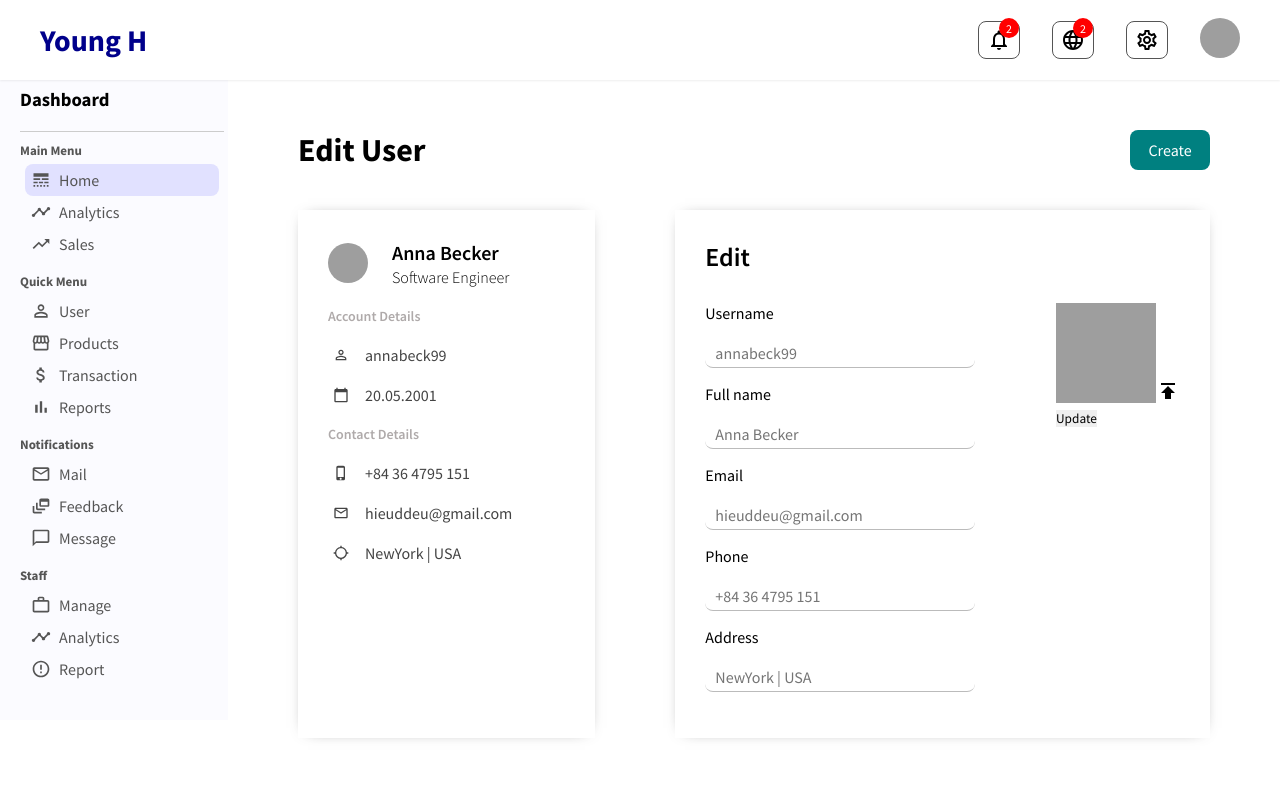
Repository: noname20011/admin
Page: /user/1
An editor plug-in stored every save of this project. The page is shown before and after the next save, followed by the edit.
The browser window is 1280 px wide. The pictures show the whole page.
Pictures or frames that could not be fetched are drawn as grey boxes. The project was rebuilt for these pictures with package versions that can differ from the ones it lists, and the page was loaded fresh each time. Also part of the build but not shown: src/pages/home/home.css, src/comopnents/featureInfo/feature.css, src/comopnents/featureInfo/Feature.jsx, src/comopnents/chart/chart.css, src/comopnents/chart/Chart.jsx, src/comopnents/widgetSm/widgetSm.css, src/comopnents/widgetSm/WidgetSm.jsx, src/comopnents/widgetLg/widgetLg.css and 5 more.

Above is the page before, as saved 2021-11-14 14:47:31.

### public/index.html
<!DOCTYPE html>
<html lang="en">
  <head>
    <meta charset="utf-8" />
    <meta name="viewport" content="width=device-width, initial-scale=1" />
    <meta name="theme-color" content="#000000" />
    <meta
      name="description"
      content="Web site created using create-react-app"
    />
    <!-- GOOGLE FONTS -->
    <link href="https://fonts.googleapis.com/css2?family=Source+Sans+Pro:wght@200;300;400;600;700;900&display=swap" rel="stylesheet">
    <style>
      * {
        font-family: 'Source Sans Pro', sans-serif;
        padding: 0;
        margin: 0;
      }
    </style>
    <title>React Admin App</title>
  </head>
  <body>
    <div id="root"></div>
  </body>
</html>

### src/App.js
import Topbar from "./comopnents/topbar/Topbar";
import Sidebar from "./comopnents/sidebar/Sidebar";
import Home from "./pages/home/Home.jsx"
import UserList from "./pages/userList/UserList";
import User from "./pages/user/User";
import './app.css'

import {BrowserRouter as Router, Routes , Route} from "react-router-dom"
function App() {
  return (
    <div>
      <Router>
        <Topbar/>
        <div className="container">
          <Sidebar/>
          <Routes >
            <Route path="/" exact element={<Home/>}/>
            <Route path="/users" exact element={<UserList/>}/>
            <Route path="/user/:userId" exact element={<User/>}/>
          </Routes>
        </div>
      </Router>
    </div>
  );
}

export default App;

### src/comopnents/topbar/Topbar.jsx
import React from 'react'
import './topbar.css'

import { Language, NotificationsNone, SettingsOutlined  } from '@material-ui/icons'

export default function Topbar() {
    return (
        <div className="topbar">
            <div className="topbarWrapper">
                <div className="topLeft">
                    <div className="logo">Young H</div>
                </div>
                <div className="topRight">
                    <div className="topbarIconContainer">
                        <NotificationsNone/>
                        <div className="topIconsBadge">2</div>
                    </div>
                    <div className="topbarIconContainer">
                        <Language/>
                        <div className="topIconsBadge">2</div>
                    </div>
                    <div className="topbarIconContainer">
                        <SettingsOutlined/>
                    </div>
                    <div>
                        <img src="https://images.pexels.com/photos/1526814/pexels-photo-1526814.jpeg?auto=compress&cs=tinysrgb&dpr=2&w=500" alt="admin" className="topAvatar"/>
                    </div>
                </div>
            </div>
        </div>
    )
}

### src/comopnents/sidebar/Sidebar.jsx
import { AttachMoney, BarChart, ChatBubbleOutline, DynamicFeed, ErrorOutline, LineStyle, MailOutlined, PersonOutline, Storefront, Timeline, TrendingUp,  WorkOutlineOutlined } from '@material-ui/icons'
import React from 'react'
import "./sidebar.css"
export default function Sidebar() {
    return (
        <div className="sidebar">
            <div className="sidebarWrapper">
                <h3 className="sidebarTitle">Dashboard</h3>
                <div className="sidebarMenu">
                    <h4 className="sidebarMenuTitle">Main Menu</h4>
                    <ul className="sidebarLists">
                        <li className="sidebarListItem active">
                            <LineStyle className="sidebarIcon"/>
                            Home
                        </li>
                        <li className="sidebarListItem">
                            <Timeline className="sidebarIcon"/>
                            Analytics
                        </li>
                        <li className="sidebarListItem">
                            <TrendingUp className="sidebarIcon"/>
                            Sales
                        </li>
                    </ul>
                </div>
                <div className="sidebarMenu">
                    <h4 className="sidebarMenuTitle">Quick Menu</h4>
                    <ul className="sidebarLists">
                        <li className="sidebarListItem">
                            <PersonOutline className="sidebarIcon"/>
                            User
                        </li>
                        <li className="sidebarListItem">
                            <Storefront className="sidebarIcon"/>
                            Products
                        </li>
                        <li className="sidebarListItem">
                            <AttachMoney className="sidebarIcon"/>
                            Transaction
                        </li>
                        <li className="sidebarListItem">
                            <BarChart className="sidebarIcon"/>
                            Reports
                        </li>
                    </ul>
                </div>
                <div className="sidebarMenu">
                    <h4 className="sidebarMenuTitle">Notifications</h4>
                    <ul className="sidebarLists">
                        <li className="sidebarListItem">
                            <MailOutlined className="sidebarIcon"/>
                            Mail
                        </li>
                        <li className="sidebarListItem">
                            <DynamicFeed className="sidebarIcon"/>
                            Feedback
                        </li>
                        <li className="sidebarListItem">
                            <ChatBubbleOutline className="sidebarIcon"/>
                            Message
                        </li>
                    </ul>
                </div>
                <div className="sidebarMenu">
                    <h4 className="sidebarMenuTitle">Staff</h4>
                    <ul className="sidebarLists">
                        <li className="sidebarListItem">
                            <WorkOutlineOutlined className="sidebarIcon"/>
                            Manage
                        </li>
                        <li className="sidebarListItem">
                            <Timeline className="sidebarIcon"/>
                            Analytics
                        </li>
                        <li className="sidebarListItem">
                            <ErrorOutline className="sidebarIcon"/>
                            Report
                        </li>
                    </ul>
                </div>
            </div>
        </div>
    )
}

### src/pages/user/User.jsx
import { CalendarToday, LocationSearching, MailOutline, PersonOutline, PhoneIphone, Publish } from "@material-ui/icons"
import "./user.css"

export default function User() {
    return (
        <div className="user">
            <div className="userTitleContainer">
                <h1 className="useTitle">Edit User</h1>
                <button className="userAddBtn">
                    Create
                </button>
            </div>
            <div className="userContainer">
                <div className="userShow">
                    <div className="userShowTop">
                        <img src="https://images.pexels.com/photos/1152994/pexels-photo-1152994.jpeg?auto=compress&cs=tinysrgb&dpr=2&w=500" alt="" className="userShowImg" />
                        <div className="userShowTopInfo">
                            <span className="userShowName">Anna Becker</span>
                            <span className="userShowJob">Software Engineer</span>
                        </div>
                    </div>
                    <div className="userShowBottom">
                        <span className="userShowTitle">Account Details</span>
                        <div className="userShowBottomInfo">
                            <PersonOutline className="userShowIcon"/>
                            <span className="userShowInfo">annabeck99</span>
                        </div>
                        <div className="userShowBottomInfo">
                            <CalendarToday className="userShowIcon"/>
                            <span className="userShowInfo">20.05.2001</span>
                        </div>
                        <span className="userShowTitle">Contact Details</span>
                        <div className="userShowBottomInfo">
                            <PhoneIphone className="userShowIcon"/>
                            <span className="userShowInfo">+84 36 4795 151</span>
                        </div>
                        <div className="userShowBottomInfo">
                            <MailOutline className="userShowIcon"/>
                            <span className="userShowInfo">hieuddeu@gmail.com</span>
                        </div>
                        <div className="userShowBottomInfo">
                            <LocationSearching className="userShowIcon"/>
                            <span className="userShowInfo">NewYork | USA</span>
                        </div>
                    </div>
                </div>
                <div className="userUpdate">
                    <span className="userUpdateTitle">Edit</span>
                    <form action="" className="UserUpdateForm">
                        <div className="userUpdateLeft">
                            <div className="userUpdateItem">
                                <label>Username</label>
                                <input type="text"
                                placeholder="annabeck99" className="userUpdateInput" />
                            </div>
                            <div className="userUpdateItem">
                                <label>Full name</label>
                                <input type="text"
                                placeholder="Anna Becker" className="userUpdateInput" />
                            </div>
                            <div className="userUpdateItem">
                                <label>Email</label>
                                <input type="email"
                                placeholder="hieuddeu@gmail.com" className="userUpdateInput" />
                            </div>
                            <div className="userUpdateItem">
                                <label>Phone</label>
                                <input type="text"
                                placeholder="+84 36 4795 151" className="userUpdateInput" />
                            </div>
                            <div className="userUpdateItem">
                                <label>Address</label>
                                <input type="text"
                                placeholder="NewYork | USA" className="userUpdateInput" />
                            </div>
                        </div>
                        <div className="userFormRight">
                            <div className="userUpdateUpload">
                                <img src="https://images.pexels.com/photos/1152994/pexels-photo-1152994.jpeg?auto=compress&cs=tinysrgb&dpr=2&w=500" alt="" className="userFormImg" />
                                <label htmlFor="file">
                                    <Publish className="userUpdateIcon"/>
                                </label>
                                <input type="file" id="file" style={{ display: "none" }} />
                            </div>
                            <button className="userUpdateButton">Update</button>
                        </div>
                    </form>
                </div>
            </div>
        </div>
    )
}

### src/app.css
ul, li {
    list-style: none;
}

a {
    text-decoration: none;
}

.container {
    display: flex;
}

.other {
    flex: 4;
}

button, input {
    border: none;
    outline: none;
}

### src/comopnents/topbar/topbar.css
.topbar {
    width: 100%;
    height: 80px;
    background: #fff;
    box-shadow: 0 .5px 2px rgba(0, 0, 0, 0.07);

    position: sticky;
    top: 0;
    z-index: 1000;
}

.topbarWrapper {
    height: 100%;
    padding: 0 40px;
    display: flex;
    justify-content: space-between;
    align-items: center;
}

.logo {
    font-weight: bold;
    font-size: 30px;
    color: darkblue;
    cursor: pointer;
}

.topRight {
    display: flex;
    align-items: center;
    column-gap: 2rem;
}
.topbarIconContainer {
    position: relative;
    cursor: pointer;
    width: 40px;
    height: 36px;
    border: 1px solid #555;
    border-radius: .5rem;
    display: flex;
    align-items: center;
    justify-content: center;
}

.topbarIconContainer:hover {
    background-color: rgb(248, 246, 246);
}

.topIconsBadge {
    font-size: 12px;
    position: absolute;
    top: -4px;
    right: 0px;

    width: 20px;
    height: 20px;
    background-color: red;
    color: #fff;
    border-radius: 50%;

    display: flex;
    place-content: center;
    place-items: center;
}

.topAvatar {
    width: 40px;
    height: 40px;
    object-fit: cover;
    border-radius: 50%;
    cursor: pointer;
}

### src/comopnents/sidebar/sidebar.css
.sidebar {
    flex: 1;
    background-color: rgb(251, 251, 255);
    position: sticky;
    top: 80px;
    height: calc(100vh - 80px);
}

.sidebarWrapper {
    padding: 8px 4px 0 20px;
}

.sidebarTitle {
    padding-bottom: 20px;
    margin-bottom: 10px;
    border-bottom: 1px solid #ccc;
}

.sidebarMenu {
    margin-bottom: 8px;
}

.sidebarMenuTitle {
    color: #555;
    font-size: 13px;
}

.sidebarLists {
    padding: 5px;
}

.sidebarListItem {
    display: flex;
    align-items: center;
    column-gap: .5rem;

    padding: 6px;
    color: #555;
    cursor: pointer;
    border-radius: .5rem;
}

.sidebarListItem.active,
.sidebarListItem:hover {
    background-color: rgb(225, 225, 255);
}

.sidebarIcon {
    font-size: 20px!important;
}

### src/pages/user/user.css
.user {
    flex: 4;
    margin: 20px 40px;
    padding: 30px;
}

.userTitleContainer {
    display: flex;
    justify-content: space-between;
    margin-bottom: 20px;
}

.userAddBtn {
    width: 80px;
    border-radius: .5rem;
    background-color: teal;
    padding: 5px;

    color: #fff;
    font-size: 16px;
    cursor: pointer;

}
.userContainer {
    display: flex;
    justify-content: space-between;
    column-gap: 5rem;
}
.userShow {
    flex: 1;
    margin: 20px 0;
    padding: 30px;
    -webkit-box-shadow: 0px 0px 15px -10px rgba(0, 0, 0, 0.75);
    box-shadow: 0px 0px 15px -10px rgba(0, 0, 0, 0.75);
}

.userShowTop {
    display: flex;
    column-gap: 1.5rem;
    align-items: center;
}

.userShowTopInfo {
    display: flex;
    flex-direction: column;
    row-gap: .1rem;
}

.userShowName {
    font-size: 20px;
    font-weight: 600;
}

.userShowJob {
    font-size: 16px;
    font-weight: 300;
}

.userShowImg {
    width: 40px;
    height: 40px;
    border-radius: 50%;
    object-fit: cover;
}

.userShowTitle {
    font-size: 14px;
    font-weight: 600;
    color: rgb(175, 170, 170);
    display: block;
    margin-top: 20px;
}

.userShowBottomInfo {
    display: flex;
    align-items: center;
    column-gap: 1rem;

    margin: 20px 0 20px 5px;
    color: #444;
}

.userShowIcon {
    font-size: 16px !important;
}
.userUpdate {
    flex: 2;
    margin: 20px 0;
    padding: 30px;
    -webkit-box-shadow: 0px 0px 15px -10px rgba(0, 0, 0, 0.75);
    box-shadow: 0px 0px 15px -10px rgba(0, 0, 0, 0.75);
}

.userUpdateTitle {
    font-size: 26px;
    font-weight: 600;
}

.UserUpdateForm {
    margin-top: 30px;
    display: flex;
    justify-content: space-between;
}


.userUpdateItem {
    display: flex;
    flex-direction: column;
    row-gap: 1rem;
    margin-bottom: 16px;
}

.userUpdateInput {
    width: 250px;
    border-bottom: 1px solid #bbb;
    border-bottom-left-radius: .5rem;
    border-bottom-right-radius: .5rem;
    padding: 4px 10px;
    font-size: 16px;
}

.userFormImg {
    width: 100px;
    height: 100px;
    object-fit: cover;
}

Loaded but not shown: src/index.js (common file)

After the next save:
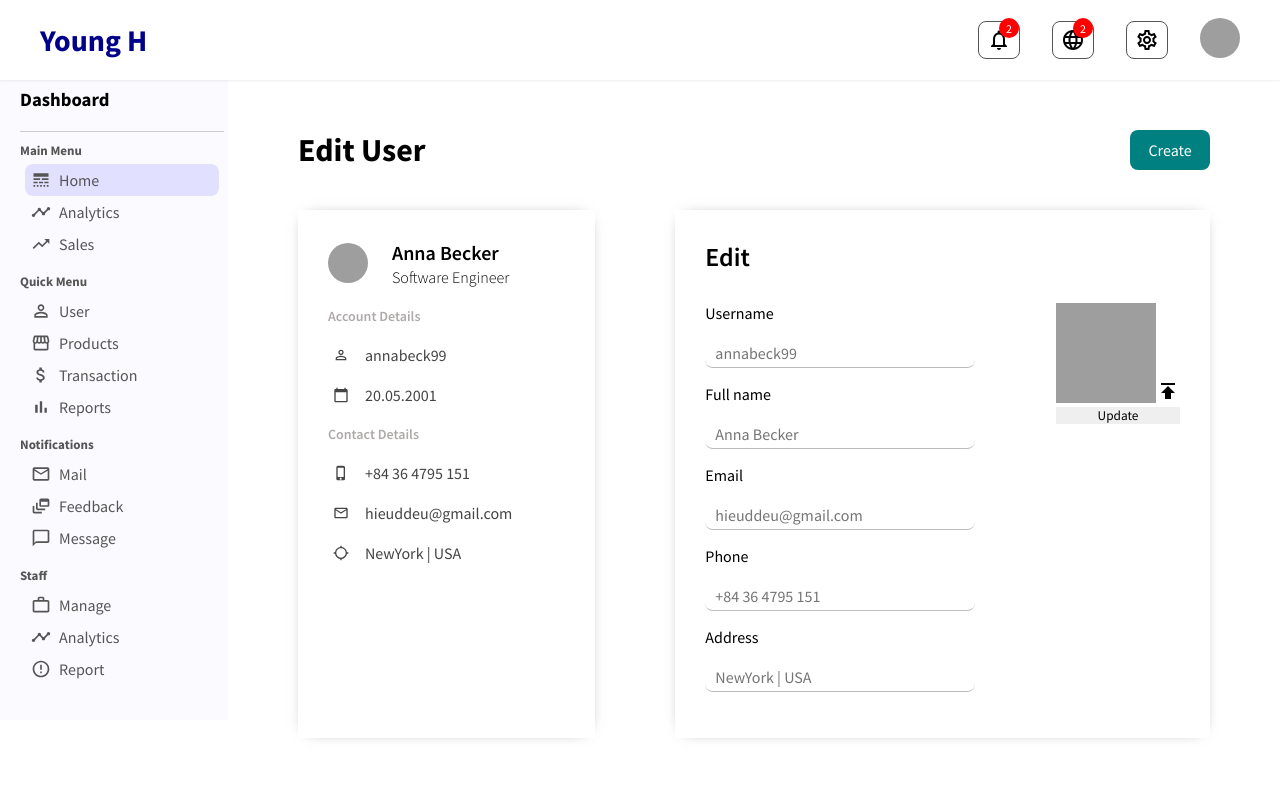
Saved 74 s later.
--- a/src/pages/user/user.css
+++ b/src/pages/user/user.css
@@ -119,6 +119,10 @@
     font-size: 16px;
 }
 
+.userFormRight {
+    display: flex;
+    flex-direction: column;
+}
 .userFormImg {
     width: 100px;
     height: 100px;
